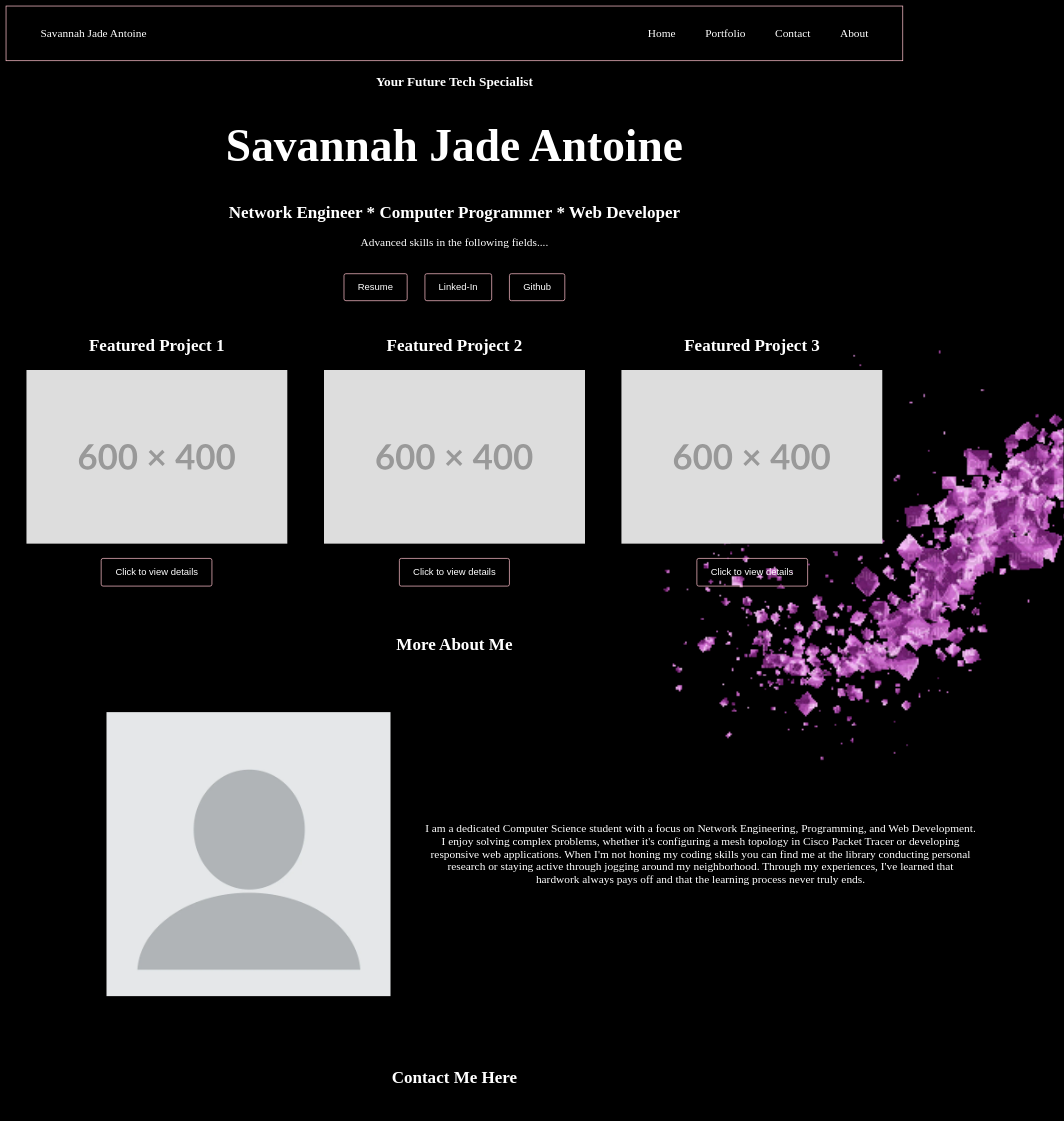
Repository: Savannah-Antoine/Savannah-Antoine
Page: index.html
These files come from the project's save history. The page is drawn as it stood at one moment and after the next save; the edit follows.
The browser window is 1280 px wide. The page is 1498 px wide, then 1280 px, so the pictures cover 1498 px, including what lies to the right of the window. The pictures show the whole page, at 71% of full size.

Above is the page before, as saved 2026-05-15 13:51:11.

After the next save:
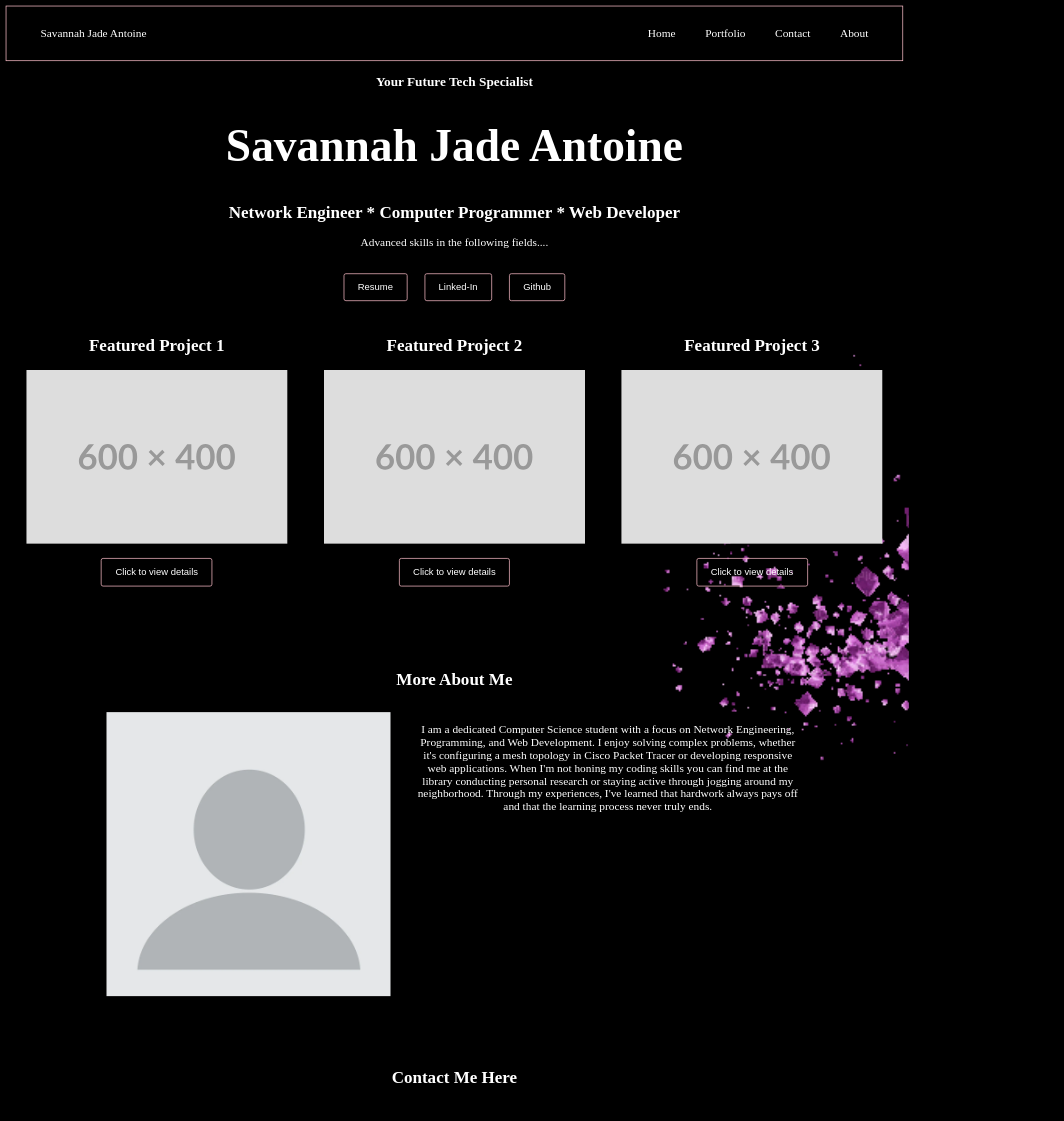
Saved 94 s later.
--- a/styles/index.css
+++ b/styles/index.css
@@ -7,15 +7,15 @@
 
 }
 #AboutMe{
+    padding: 50px 10%;
+    text-align: center;
 
 }
 .aboutMe{
     display: flex;
     flex-direction: column;      /* Side-by-side */
     align-items: center;       /* Vertically centers image and text */
-    justify-content: center;   /* Horizontally centers the whole group */
-    padding: 50px 10%;         /* Breathing room on the sides */
-    text-align: center;
+    gap: 2rem;
 }
 
 
@@ -41,11 +41,10 @@ img{
 @media screen and (min-width: 768px)
 {
     .aboutMe{
-    display: flex;
     flex-direction: row;      /* Side-by-side */
-    align-items: center;       /* Vertically centers image and text */
+    align-items: flex-start;      /* Vertically centers image and text */
     justify-content: center;   /* Horizontally centers the whole group */
-    gap: 3rem;        /* Breathing room on the sides */
+       /* Breathing room on the sides */
     text-align: left;
 }
    body h1 {
